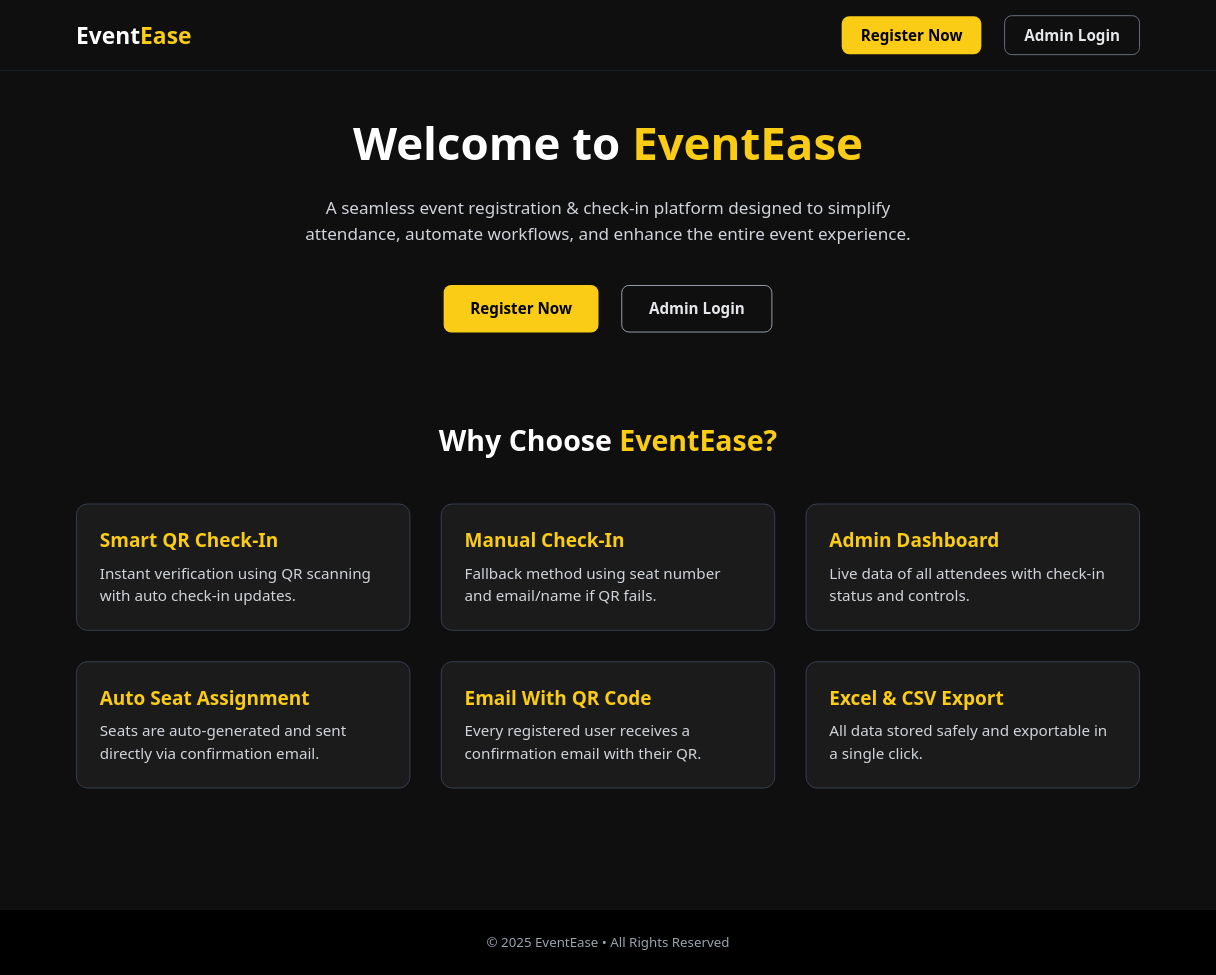
Repository: shravanramakunja/EventEase
Page: http://localhost/
The author's editor kept a copy of each file at every save. The page is drawn from the files as they stood at one save, then again after a run of saves.
The browser window is 1280 px wide. The pictures show the whole page, at 95% of full size.
Some web libraries are served in a nearby version. The page is served by the project's Node server (server.js). Other server files are loaded and not shown.

Above is the page before, as saved 2025-11-29 17:16:27.

### views/index.ejs
<!DOCTYPE html>
<html lang="en">
<head>
  <meta charset="UTF-8" />
  <title>EventEase – Smart Event Check-In System</title>
  <script src="https://cdn.tailwindcss.com"></script>
</head>

<body class="bg-[#0f0f0f] text-white">

  <!-- NAVBAR -->
  <nav class="w-full bg-[#0f0f0f] border-b border-gray-800 fixed top-0 left-0 z-50">
    <div class="max-w-6xl mx-auto px-4 py-4 flex justify-between items-center">

      <!-- LOGO -->
      <a href="/" class="text-2xl font-extrabold text-white">
        Event<span class="text-yellow-400">Ease</span>
      </a>

      <!-- DESKTOP MENU -->
      <div class="hidden md:flex items-center gap-6">

        <a href="/register"
          class="bg-yellow-400 text-black px-5 py-2 rounded-lg font-semibold hover:bg-yellow-300 transition">
          Register Now
        </a>

        <a href="/admin"
          class="border border-gray-500 text-gray-200 px-5 py-2 rounded-lg font-semibold hover:bg-gray-800 transition">
          Admin Login
        </a>

      </div>

      <!-- MOBILE MENU BUTTON -->
      <button id="menuBtn" class="md:hidden text-yellow-400 text-3xl">
        ☰
      </button>

    </div>

    <!-- MOBILE MENU DROPDOWN -->
    <div id="mobileMenu" class="hidden bg-[#151515] border-t border-gray-700 md:hidden px-4 py-4 space-y-4">

      <a href="/register"
        class="block bg-yellow-400 text-black text-center px-5 py-2 rounded-lg font-semibold hover:bg-yellow-300 transition">
        Register Now
      </a>

      <a href="/admin"
        class="block border border-gray-500 text-gray-200 text-center px-5 py-2 rounded-lg font-semibold hover:bg-gray-800 transition">
        Admin Login
      </a>

    </div>
  </nav>

  <!-- SPACER (prevents hero from hiding behind navbar) -->
  <div class="h-20"></div>

  <!-- HERO SECTION -->
  <section class="max-w-6xl mx-auto pt-10 pb-24 text-center px-4">
    <h1 class="text-5xl font-extrabold leading-tight">
      Welcome to <span class="text-yellow-400">EventEase</span>
    </h1>
    <p class="mt-6 text-lg text-gray-300 max-w-2xl mx-auto">
      A seamless event registration & check-in platform designed to simplify attendance,
      automate workflows, and enhance the entire event experience.
    </p>

    <div class="mt-10 flex justify-center gap-6">
      <a href="/register"
        class="bg-yellow-400 text-black font-semibold px-7 py-3 rounded-lg hover:bg-yellow-300 transition">
        Register Now
      </a>

      <a href="/admin"
        class="border border-gray-400 text-gray-200 font-semibold px-7 py-3 rounded-lg hover:bg-gray-800 transition">
        Admin Login
      </a>
    </div>
  </section>

  <!-- FEATURES SECTION -->
  <section class="max-w-6xl mx-auto pb-20 px-4">
    <h2 class="text-3xl font-bold text-center mb-12">
      Why Choose <span class="text-yellow-400">EventEase?</span>
    </h2>

    <div class="grid md:grid-cols-3 gap-8">

      <!-- Feature Card -->
      <div class="bg-[#1b1b1b] border border-gray-700 rounded-xl p-6 hover:scale-105 transition">
        <h3 class="text-xl font-semibold mb-2 text-yellow-400">Smart QR Check-In</h3>
        <p class="text-gray-300">Instant verification using QR scanning with auto check-in updates.</p>
      </div>

      <div class="bg-[#1b1b1b] border border-gray-700 rounded-xl p-6 hover:scale-105 transition">
        <h3 class="text-xl font-semibold mb-2 text-yellow-400">Manual Check-In</h3>
        <p class="text-gray-300">Fallback method using seat number and email/name if QR fails.</p>
      </div>

      <div class="bg-[#1b1b1b] border border-gray-700 rounded-xl p-6 hover:scale-105 transition">
        <h3 class="text-xl font-semibold mb-2 text-yellow-400">Admin Dashboard</h3>
        <p class="text-gray-300">Live data of all attendees with check-in status and controls.</p>
      </div>

      <div class="bg-[#1b1b1b] border border-gray-700 rounded-xl p-6 hover:scale-105 transition">
        <h3 class="text-xl font-semibold mb-2 text-yellow-400">Auto Seat Assignment</h3>
        <p class="text-gray-300">Seats are auto-generated and sent directly via confirmation email.</p>
      </div>

      <div class="bg-[#1b1b1b] border border-gray-700 rounded-xl p-6 hover:scale-105 transition">
        <h3 class="text-xl font-semibold mb-2 text-yellow-400">Email With QR Code</h3>
        <p class="text-gray-300">Every registered user receives a confirmation email with their QR.</p>
      </div>

      <div class="bg-[#1b1b1b] border border-gray-700 rounded-xl p-6 hover:scale-105 transition">
        <h3 class="text-xl font-semibold mb-2 text-yellow-400">Excel & CSV Export</h3>
        <p class="text-gray-300">All data stored safely and exportable in a single click.</p>
      </div>

    </div>
  </section>

  <!-- FOOTER -->
  <footer class="bg-black py-6 mt-12">
    <p class="text-center text-gray-400 text-sm">
      © <%= new Date().getFullYear() %> EventEase • All Rights Reserved
    </p>
  </footer>

  <!-- MOBILE MENU JS -->
  <script>
    const btn = document.getElementById("menuBtn");
    const menu = document.getElementById("mobileMenu");

    btn.addEventListener("click", () => {
      menu.classList.toggle("hidden");
    });
  </script>

</body>
</html>

### server.js
// server.js

require("dotenv").config();
const express = require("express");
const path = require("path");
const session = require("express-session");
const bodyParser = require("body-parser");

const userRoutes = require("./routes/userRoutes");
const adminRoutes = require("./routes/adminRoutes");
const checkinRoutes = require("./routes/checkinRoutes");
const connectDB = require("./config/db");

const app = express();

// =====================
//  CONNECT DATABASE
// =====================
connectDB();

// =====================
//  MIDDLEWARE
// =====================
app.use(bodyParser.urlencoded({ extended: true }));
app.use(bodyParser.json());
app.use(express.json());
app.use(express.static(path.join(__dirname, "public")));

app.use(
  session({
    secret: process.env.SESSION_SECRET || "somesecretkey",
    resave: false,
    saveUninitialized: false,
    cookie: { maxAge: 24 * 60 * 60 * 1000 }
  })
);

// =====================
//  VIEW ENGINE
// =====================
app.set("view engine", "ejs");
app.set("views", path.join(__dirname, "views"));

// =====================
//  ROUTES
// =====================
app.use("/", userRoutes);
app.use("/admin", adminRoutes);
app.use("/checkin", checkinRoutes);
app.use("/checkin", require("./routes/checkinRoutes"));

// =====================
//  START SERVER
// =====================
const PORT = process.env.PORT || 5000;
app.listen(PORT, () => {
  console.log(`🚀 Server running on http://localhost:${PORT}`);
});

### routes/userRoutes.js
const express = require("express");
const router = express.Router();
const userController = require("../controllers/userController");

// Landing Page (Home)
router.get("/", (req, res) => {
  res.render("index");
});

// Show Registration Form
router.get("/register", (req, res) => {
  res.render("register");  // This is the new register.ejs
});

// Handle Registration Submit
router.post("/register", userController.registerUser);

// Success Page
router.get("/success", (req, res) => {
  res.render("success");
});

module.exports = router;

After the next 2 saves:
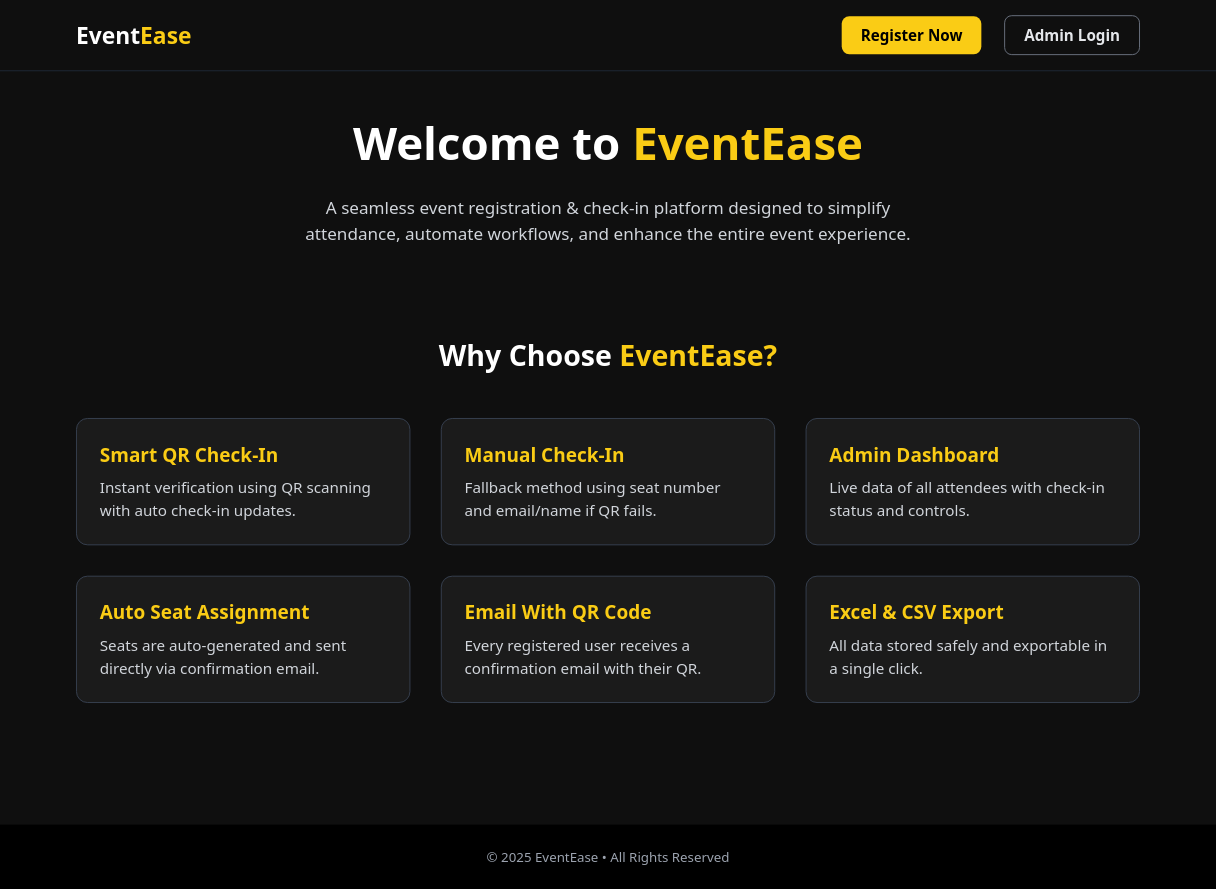
The 2 saves are shown as one change because they came seconds apart.
The last was saved 20 s later.
--- a/views/index.ejs
+++ b/views/index.ejs
@@ -67,18 +67,6 @@
       A seamless event registration & check-in platform designed to simplify attendance,
       automate workflows, and enhance the entire event experience.
     </p>
-
-    <div class="mt-10 flex justify-center gap-6">
-      <a href="/register"
-        class="bg-yellow-400 text-black font-semibold px-7 py-3 rounded-lg hover:bg-yellow-300 transition">
-        Register Now
-      </a>
-
-      <a href="/admin"
-        class="border border-gray-400 text-gray-200 font-semibold px-7 py-3 rounded-lg hover:bg-gray-800 transition">
-        Admin Login
-      </a>
-    </div>
   </section>
 
   <!-- FEATURES SECTION -->

After the save that followed:
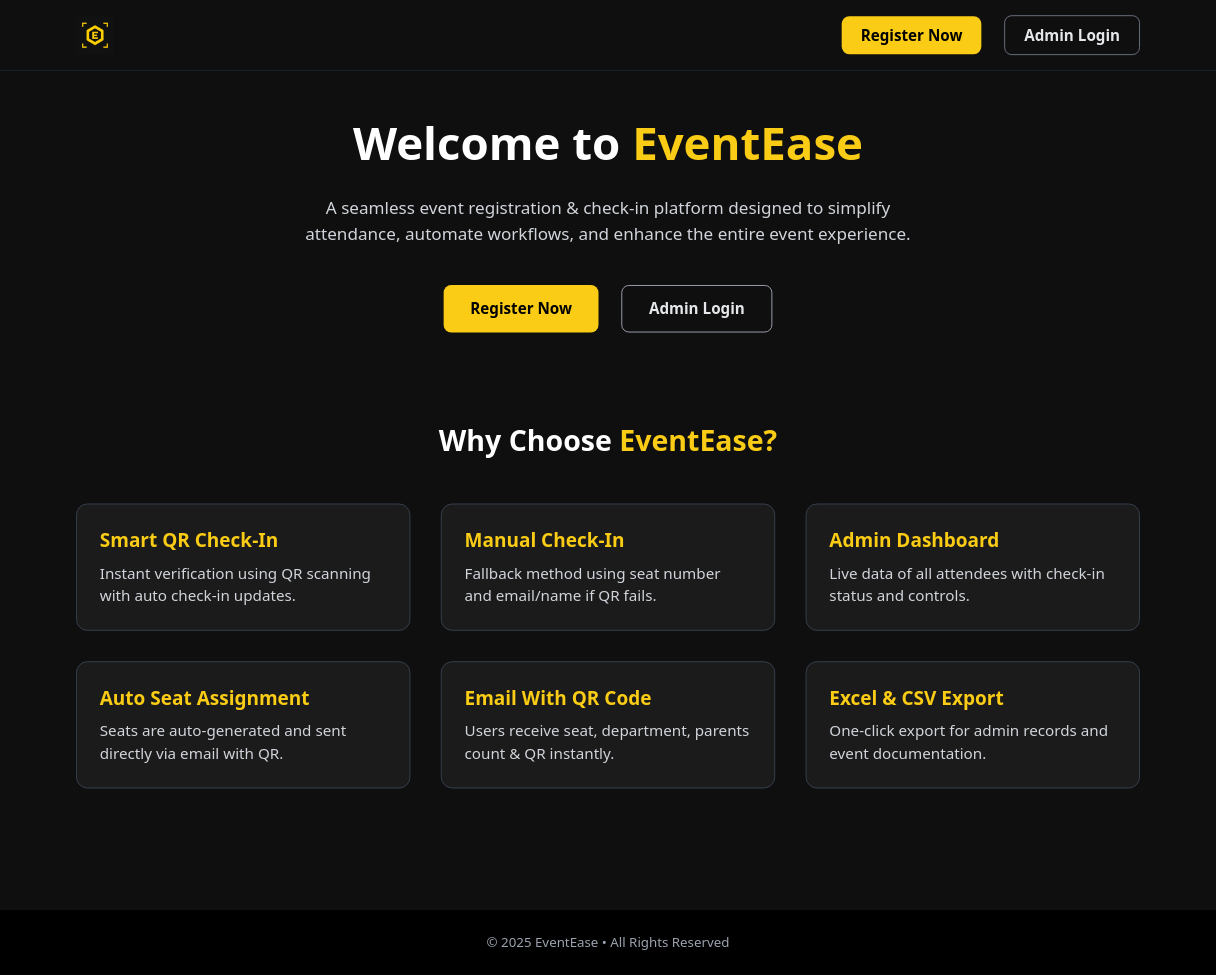
Saved 2 min 9 s later.
--- a/views/index.ejs
+++ b/views/index.ejs
@@ -12,9 +12,11 @@
   <nav class="w-full bg-[#0f0f0f] border-b border-gray-800 fixed top-0 left-0 z-50">
     <div class="max-w-6xl mx-auto px-4 py-4 flex justify-between items-center">
 
-      <!-- LOGO -->
-      <a href="/" class="text-2xl font-extrabold text-white">
-        Event<span class="text-yellow-400">Ease</span>
+      <!-- LOGO IMAGE -->
+      <a href="/" class="flex items-center gap-3">
+        <img src="/uploads/eventease-logo.png"
+             alt="EventEase Logo"
+             class="h-10 w-auto object-contain">
       </a>
 
       <!-- DESKTOP MENU -->
@@ -55,7 +57,7 @@
     </div>
   </nav>
 
-  <!-- SPACER (prevents hero from hiding behind navbar) -->
+  <!-- SPACER (prevents hero from being hidden behind navbar) -->
   <div class="h-20"></div>
 
   <!-- HERO SECTION -->
@@ -63,10 +65,23 @@
     <h1 class="text-5xl font-extrabold leading-tight">
       Welcome to <span class="text-yellow-400">EventEase</span>
     </h1>
+
     <p class="mt-6 text-lg text-gray-300 max-w-2xl mx-auto">
       A seamless event registration & check-in platform designed to simplify attendance,
       automate workflows, and enhance the entire event experience.
     </p>
+
+    <div class="mt-10 flex justify-center gap-6">
+      <a href="/register"
+        class="bg-yellow-400 text-black font-semibold px-7 py-3 rounded-lg hover:bg-yellow-300 transition">
+        Register Now
+      </a>
+
+      <a href="/admin"
+        class="border border-gray-400 text-gray-200 font-semibold px-7 py-3 rounded-lg hover:bg-gray-800 transition">
+        Admin Login
+      </a>
+    </div>
   </section>
 
   <!-- FEATURES SECTION -->
@@ -95,17 +110,17 @@
 
       <div class="bg-[#1b1b1b] border border-gray-700 rounded-xl p-6 hover:scale-105 transition">
         <h3 class="text-xl font-semibold mb-2 text-yellow-400">Auto Seat Assignment</h3>
-        <p class="text-gray-300">Seats are auto-generated and sent directly via confirmation email.</p>
+        <p class="text-gray-300">Seats are auto-generated and sent directly via email with QR.</p>
       </div>
 
       <div class="bg-[#1b1b1b] border border-gray-700 rounded-xl p-6 hover:scale-105 transition">
         <h3 class="text-xl font-semibold mb-2 text-yellow-400">Email With QR Code</h3>
-        <p class="text-gray-300">Every registered user receives a confirmation email with their QR.</p>
+        <p class="text-gray-300">Users receive seat, department, parents count & QR instantly.</p>
       </div>
 
       <div class="bg-[#1b1b1b] border border-gray-700 rounded-xl p-6 hover:scale-105 transition">
         <h3 class="text-xl font-semibold mb-2 text-yellow-400">Excel & CSV Export</h3>
-        <p class="text-gray-300">All data stored safely and exportable in a single click.</p>
+        <p class="text-gray-300">One-click export for admin records and event documentation.</p>
       </div>
 
     </div>
